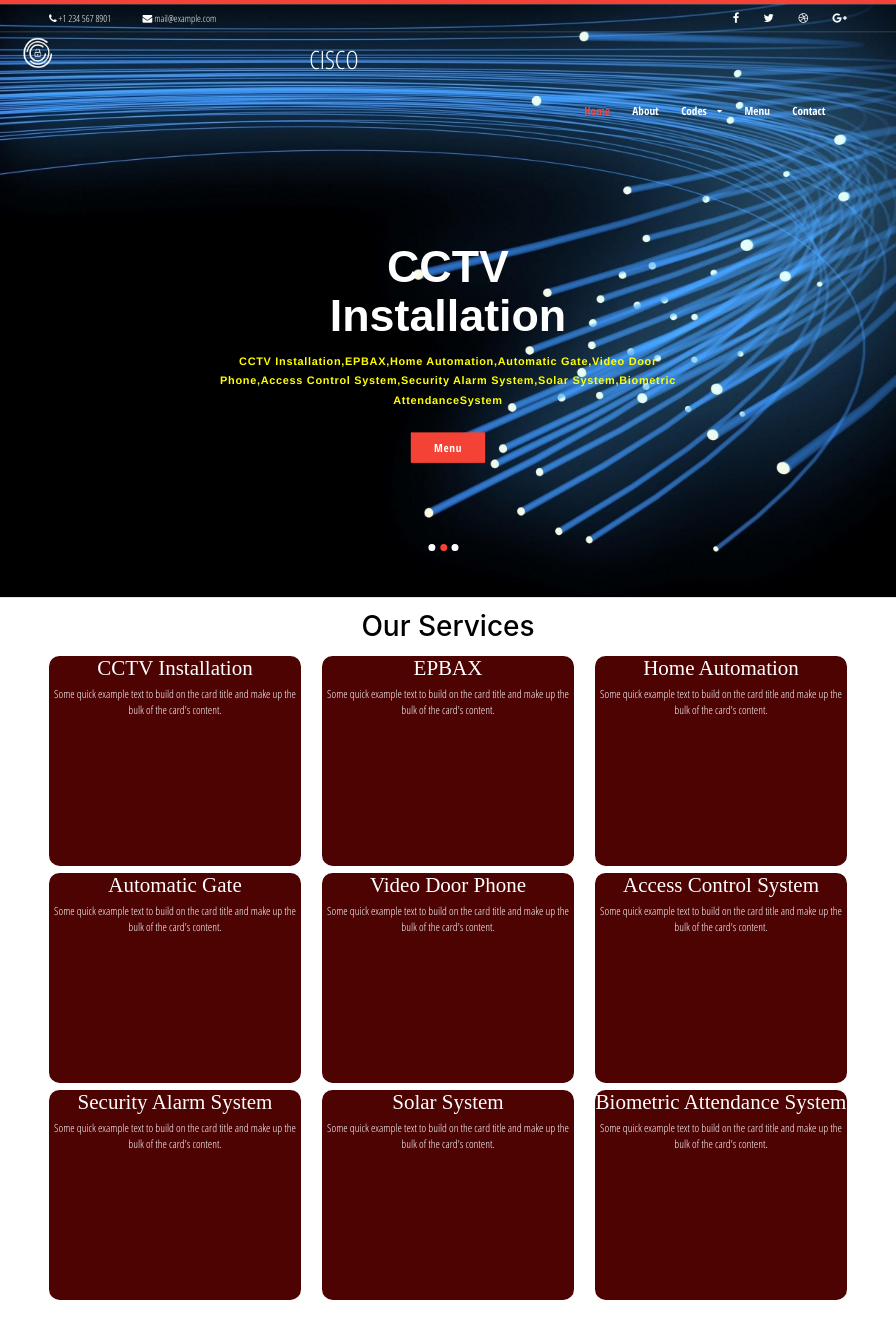
Repository: Nuhman123/Cisco
Page: index.html
These files come from the project's save history. The page is drawn as it stood at one moment and after a run of saves; the edit follows.
The browser window is 1280 px wide. The pictures show the part of the page from y = 0 to 1920 px (the page is 3294 px tall before and 3192 px after), at 70% of full size.

Above is the page before, as saved 2021-04-08 19:37:34.

After the next 3 saves:
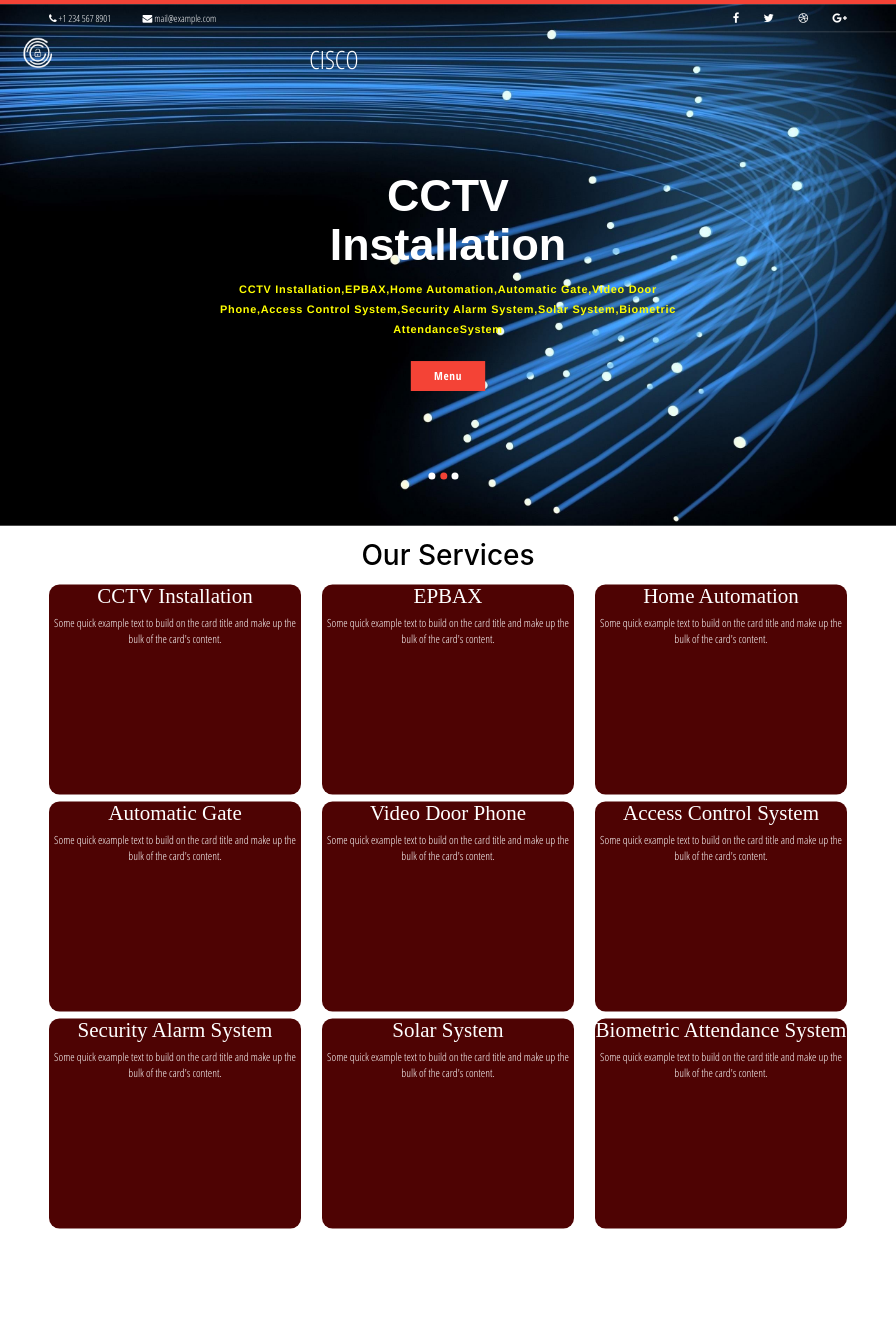
The 3 saves are shown as one change because they came seconds apart.
The last was saved 55 s later.
--- a/index.html
+++ b/index.html
@@ -98,28 +98,6 @@
 			<div class="container">
 				<div class="logo">
 				</div>
-				<div class="top-nav">
-					<nav class="navbar navbar-default">
-							<button type="button" class="navbar-toggle collapsed" data-toggle="collapse" data-target="#bs-example-navbar-collapse-1">Menu
-							</button>
-						<!-- Collect the nav links, forms, and other content for toggling -->
-						<div class="collapse navbar-collapse" id="bs-example-navbar-collapse-1">
-							<ul class="nav navbar-nav">
-								<li><a class="active" href="index.html">Home</a></li>
-								<li><a href="about.html">About</a></li>
-								<li><a href="#" class="dropdown-toggle hvr-bounce-to-bottom" data-toggle="dropdown" role="button" aria-haspopup="true" aria-expanded="false">Codes<span class="caret"></span></a>
-									<ul class="dropdown-menu">
-										<li><a class="hvr-bounce-to-bottom" href="icons.html">Icons</a></li>
-										<li><a class="hvr-bounce-to-bottom" href="typography.html">Typography</a></li>
-									</ul>
-								</li>
-								<li><a href="menu.html">Menu</a></li>
-								<li><a href="contact.html">Contact</a></li>
-							</ul>
-							<div class="clearfix"> </div>
-						</div>
-					</nav>
-				</div>
 				<div class="clearfix"> </div>
 			</div>
 		</div>
